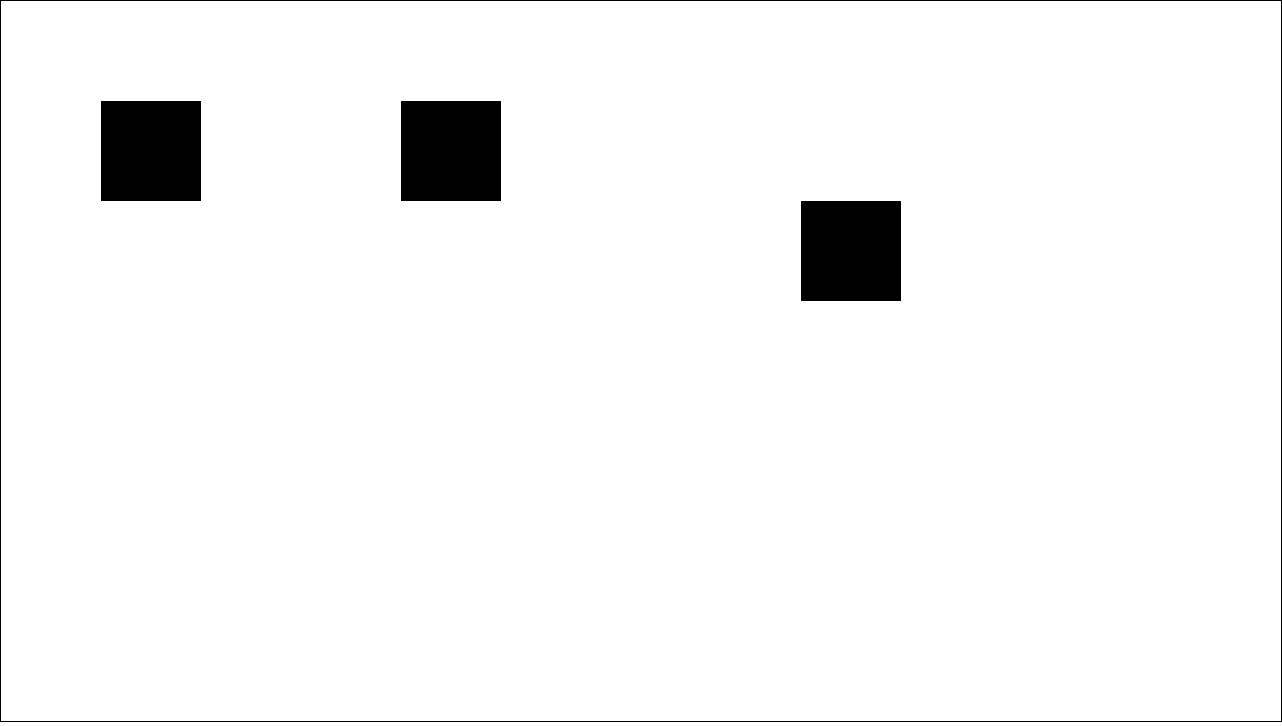
Repository: badhon252/Javascript-practice
Page: 1projects/JavaScript30/08 - Fun with HTML5 Canvas/index-START.html
An editor plug-in stored every save of this project. The page is shown before and after a run of saves, followed by the edit.
The browser window is 1280 px wide. The page is 1282 px wide, so the pictures cover 1282 px, including what lies to the right of the window. The pictures show the whole page.

Above is the page before, as saved 2022-12-02 23:31:48.

### 1projects/JavaScript30/08 - Fun with HTML5 Canvas/index-START.html
<!DOCTYPE html>
<html lang="en">

<head>
    <meta charset="UTF-8">
    <title>HTML5 Canvas</title>
</head>

<body>
    <canvas id="draw" width="800" height="800"></canvas>
    <script>
    </script>

    <style>
        html,
        body {
            margin: 0;
            padding: 0;
        }

        #draw {
            border: 1px solid black;
        }
    </style>

    <script>
        console.log("first")
        const canvas = document.querySelector("#draw");
        const ctx = canvas.getContext("2d")

        canvas.width = window.innerWidth;
        canvas.height = window.innerHeight;

        // ctx.fillRect(x, y, width, height)
        ctx.fillRect(100, 100, 100, 100);
        ctx.fillRect(400, 100, 100, 100);
        ctx.fillRect(800, 200, 100, 100);
    </script>
</body>

</html>

After the next 2 saves:
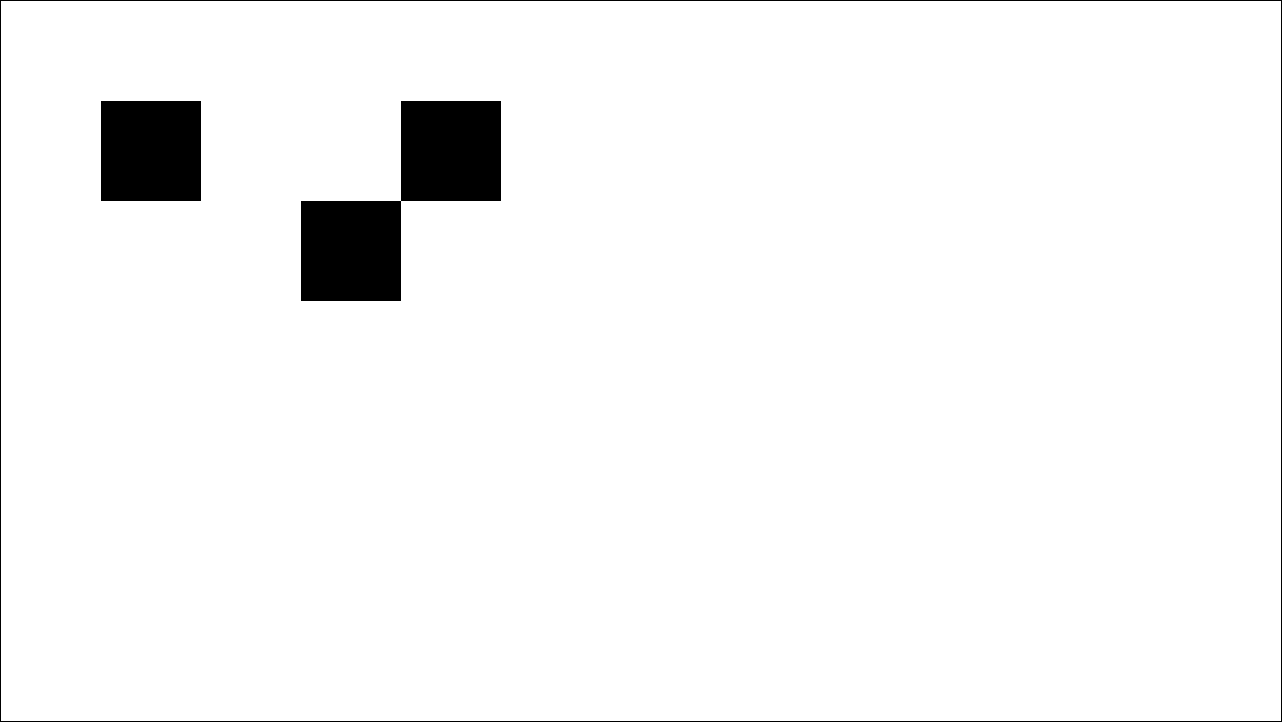
The 2 saves are shown as one change because they came seconds apart.
The last was saved 48 s later.
--- a/1projects/JavaScript30/08 - Fun with HTML5 Canvas/index-START.html
+++ b/1projects/JavaScript30/08 - Fun with HTML5 Canvas/index-START.html
@@ -34,7 +34,7 @@
         // ctx.fillRect(x, y, width, height)
         ctx.fillRect(100, 100, 100, 100);
         ctx.fillRect(400, 100, 100, 100);
-        ctx.fillRect(800, 200, 100, 100);
+        ctx.fillRect(300, 200, 100, 100);
     </script>
 </body>
 
